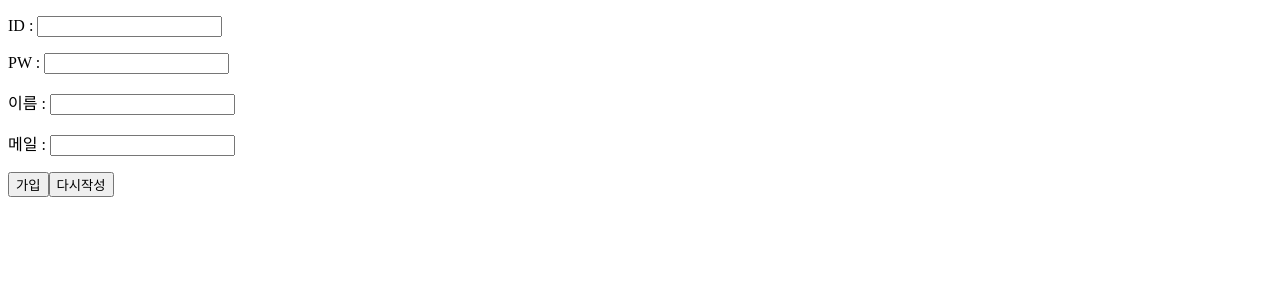
Repository: SeungwanHong/Web-jsp-
Page: http://localhost/20170404/example/join_form.jsp
These files come from the project's save history. The page is drawn as it stood at one moment and after the next save; the edit follows.
The browser window is 1280 px wide. The pictures show the whole page.
The page is served by Tomcat 9. Other server files are loaded and not shown.

Above is the page before, as saved 2017-04-04 07:19:40.

### 20170404/WebContent/example/join_form.jsp
<%@ page language="java" contentType="text/html; charset=EUC-KR"
    pageEncoding="EUC-KR"%>
<!DOCTYPE html PUBLIC "-//W3C//DTD HTML 4.01 Transitional//EN" "http://www.w3.org/TR/html4/loose.dtd">
<html>
<head>
<meta http-equiv="Content-Type" content="text/html; charset=EUC-KR">
<title>Insert title here</title>
</head>
<body>

	<form action = "login_check.jsp" method="post" name="join">
	<p>	ID : <input name = "join_id"></p>
	<p>	PW : <input name = "join_pw"></p>
	<p>	이름 : <input name = "join_name"></p>
	<p>	메일 : <input name = "join_email"></p>
	<p><input type="submit" value="가입"><input type="reset" value="다시작성"></p>
	</form>

</body>
</html>

After the next save:
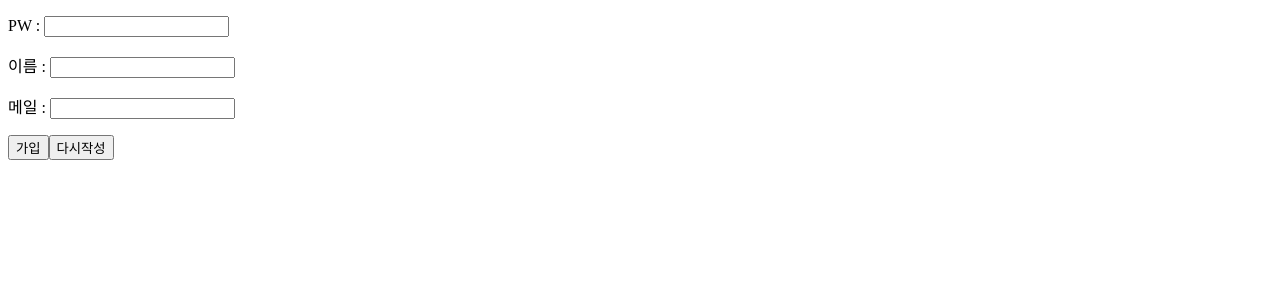
Saved 6 s later.
--- a/20170404/WebContent/example/join_form.jsp
+++ b/20170404/WebContent/example/join_form.jsp
@@ -8,7 +8,7 @@
 </head>
 <body>
 
-	<form action = "login_check.jsp" method="post" name="join">
+	<form action = "login_check.jsp" method="post" name="join" value ="test>
 	<p>	ID : <input name = "join_id"></p>
 	<p>	PW : <input name = "join_pw"></p>
 	<p>	이름 : <input name = "join_name"></p>

After the save that followed:
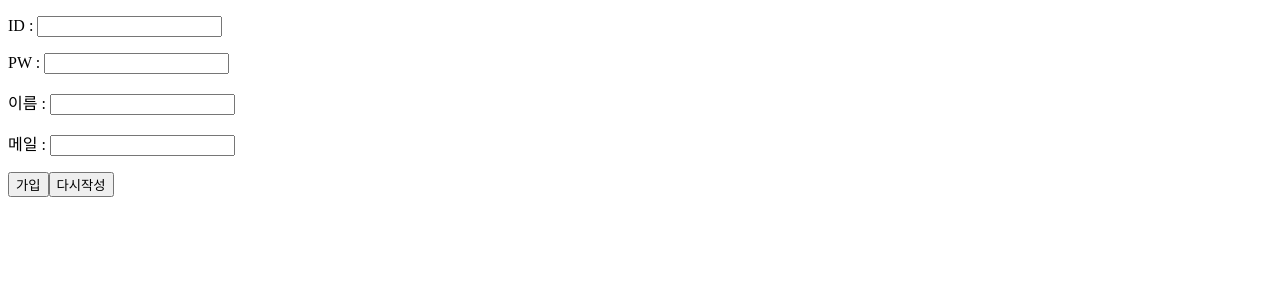
Saved 31 s later.
--- a/20170404/WebContent/example/join_form.jsp
+++ b/20170404/WebContent/example/join_form.jsp
@@ -8,7 +8,7 @@
 </head>
 <body>
 
-	<form action = "login_check.jsp" method="post" name="join" value ="test>
+	<form action = "login_check.jsp" method="post" name="join" value ="test">
 	<p>	ID : <input name = "join_id"></p>
 	<p>	PW : <input name = "join_pw"></p>
 	<p>	이름 : <input name = "join_name"></p>
